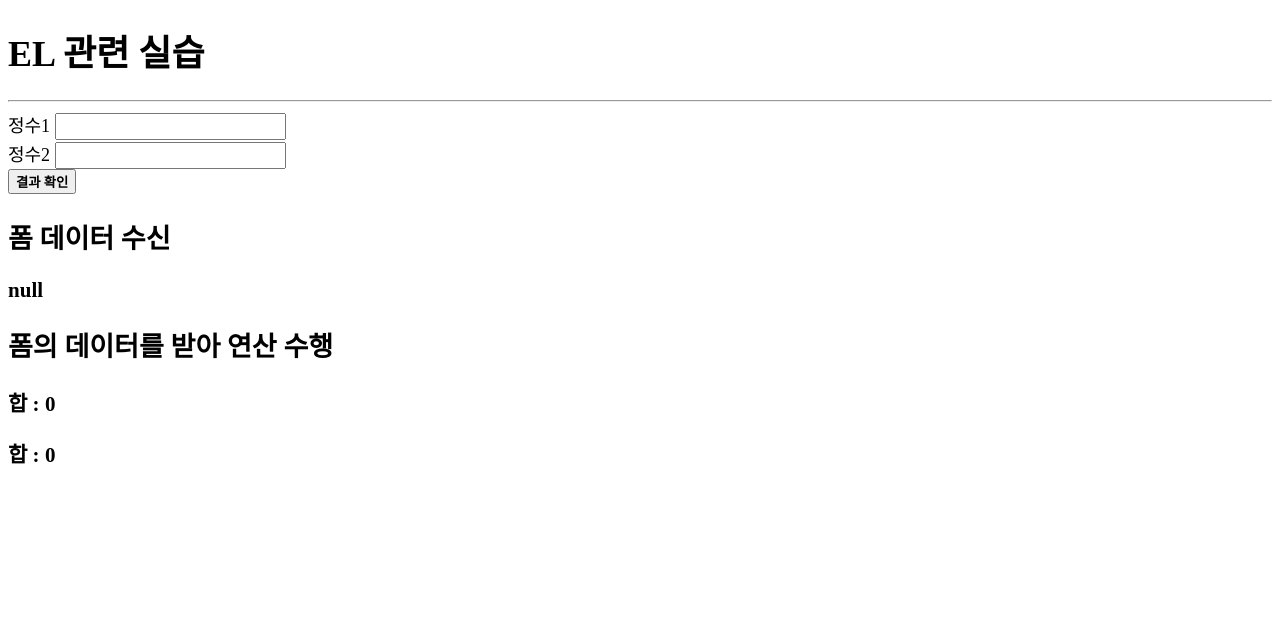
Repository: onpul/Web
Page: http://localhost/WebApp22/Test3.jsp
The author's editor kept a copy of each file at every save. The page is drawn from the files as they stood at one save, then again after the next save.
The browser window is 1280 px wide. The pictures show the whole page.
The page is served by Tomcat 9.

Above is the page before, as saved 2022-04-29 01:13:36.

After the next save:
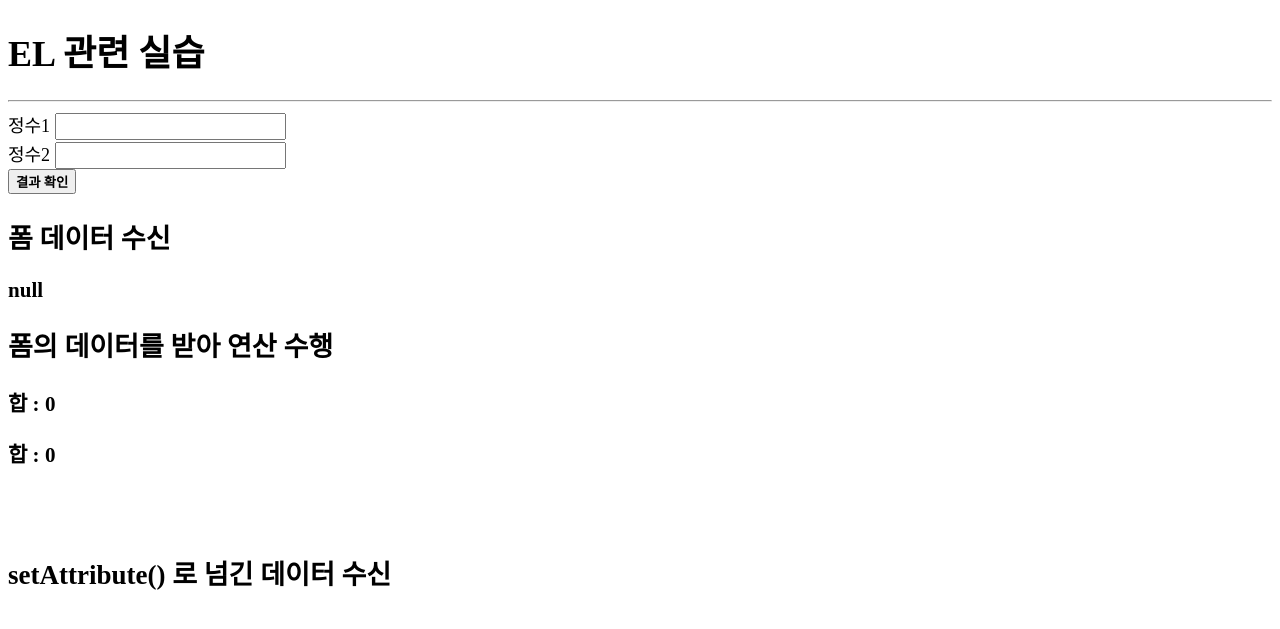
Saved 2 min 7 s later.
--- a/WebApp22/WebContent/Test3.jsp
+++ b/WebApp22/WebContent/Test3.jsp
@@ -3,6 +3,11 @@
 <%
 	request.setCharacterEncoding("UTF-8");
 	String cp = request.getContextPath();
+%>
+<%
+
+	request.setAttribute("result", "EL 테스트");
+
 %>
 <!DOCTYPE html>
 <html>
@@ -69,5 +74,12 @@
 </div>
 <br><br>
 
+<div>
+	<h2>setAttribute() 로 넘긴 데이터 수신</h2>
+
+
+</div>
+
+
 </body>
 </html>
